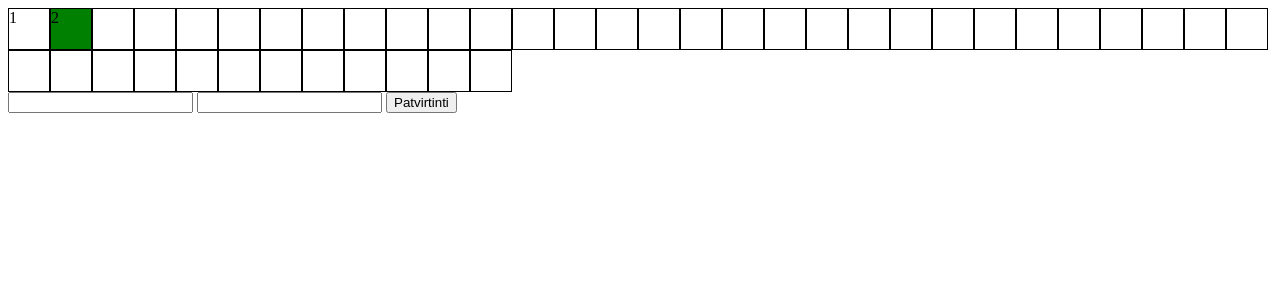
Repository: motiejus1/05-paskaita-JS-pataisyta
Page: index.html
The author's editor kept a copy of each file at every save. The page is drawn from the files as they stood at one save, then again after a run of saves.
The browser window is 1280 px wide. The pictures show the whole page.

Above is the page before, as saved 2021-06-14 11:46:47.

### index.html
<!DOCTYPE html>
<html lang="en">
<head>
    <meta charset="UTF-8">
    <meta http-equiv="X-UA-Compatible" content="IE=edge">
    <meta name="viewport" content="width=device-width, initial-scale=1.0">
    <title>5 paskaita </title>
    <style>
        .div-dydis {
            width: 40px;
            height: 40px;
            border: 1px solid black;
            float:left;
        }

        .zalias {
            background-color: green;
        }

        .ivestis {
            float: left;
            width: 100%;
        }
    </style>
</head>
<body>

    <div class="container">
        <div class="div-dydis">1</div>
        <div class="div-dydis zalias">2</div>
    </div>



    <div class="ivestis">
        <input type="text" class="inputas" id="kintamasis" />
        <input type="text" class="inputas" id="kintamasis1" />

        <button id="patvirtinti">Patvirtinti</button>
    </div>

    <script src="script.js"></script>
</body>
</html>

### script.js
"use strict";

document.getElementById("patvirtinti").addEventListener("click", function() {
    let kintamasis, kintamasis1;
    let skaicius = 5;
    let suma;

    kintamasis = parseFloat(document.getElementById("kintamasis").value);
    kintamasis1 = parseFloat(document.getElementById("kintamasis1").value);

    suma = kintamasis + kintamasis1;



    // console.log(kintamasis );
    // console.log(kintamasis1 );
    // console.log(skaicius );
    // console.log(suma);
});

// 1 uzduotis
// let sekundes = 555555;
let sekundes = 48 * 3600 + 121 * 60 + 71; // 1 * 3600
let valandos, minutes, lsekundes;



// 3601 sekunde

// 1.x val - 1val
valandos = parseInt(sekundes/3600); //float -> integer

//visas minutes 3601 sekundziu = 60 min
//60.xxxx minuciu - 60 minuciu
minutes = parseInt(sekundes/60); //float -> integer; visos minutes sveikoji dalis

//3601 => 3601 - 60*60 = 1 sekunde
lsekundes = sekundes - minutes * 60;

//25
//true
//25 % 24 = 1
if(valandos >= 24) {
    valandos = valandos % 24;
}

if(minutes >= 60) {
    minutes = minutes % 60;
}

// console.log(valandos)
// console.log(minutes);
// console.log(lsekundes);

//Ciklai

//for ciklas


let zingsniai = 0;

for (let i=0; i<40; i++) {

    let divElementas = document.createElement("div"); // div sukurtas, bet neatvaizduojamas
    divElementas.classList.add("div-dydis");
    divElementas.in

    document.querySelector(".container").append(divElementas);

    console.log(i);
    zingsniai++;

}

console.log("Zingsniai: " + zingsniai);

After the next 3 saves:
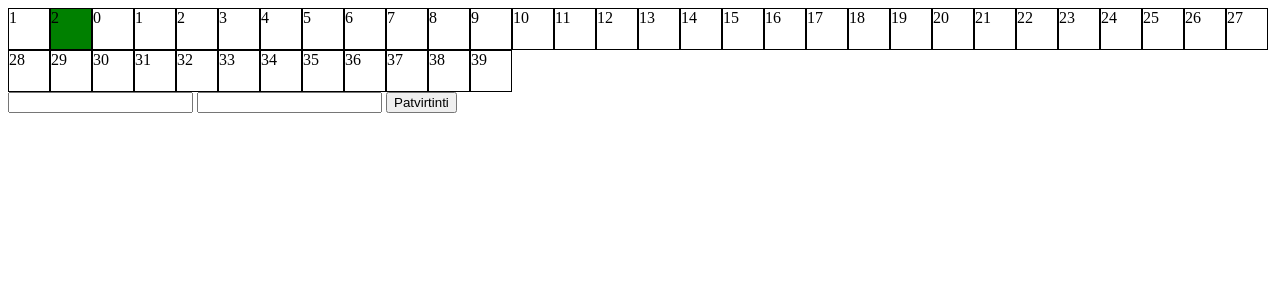
The 3 saves are shown as one change because they came seconds apart.
The last was saved 9 s later.
--- a/script.js
+++ b/script.js
@@ -63,7 +63,7 @@ for (let i=0; i<40; i++) {
 
     let divElementas = document.createElement("div"); // div sukurtas, bet neatvaizduojamas
     divElementas.classList.add("div-dydis");
-    divElementas.in
+    divElementas.innerText = i;
 
     document.querySelector(".container").append(divElementas);
 
